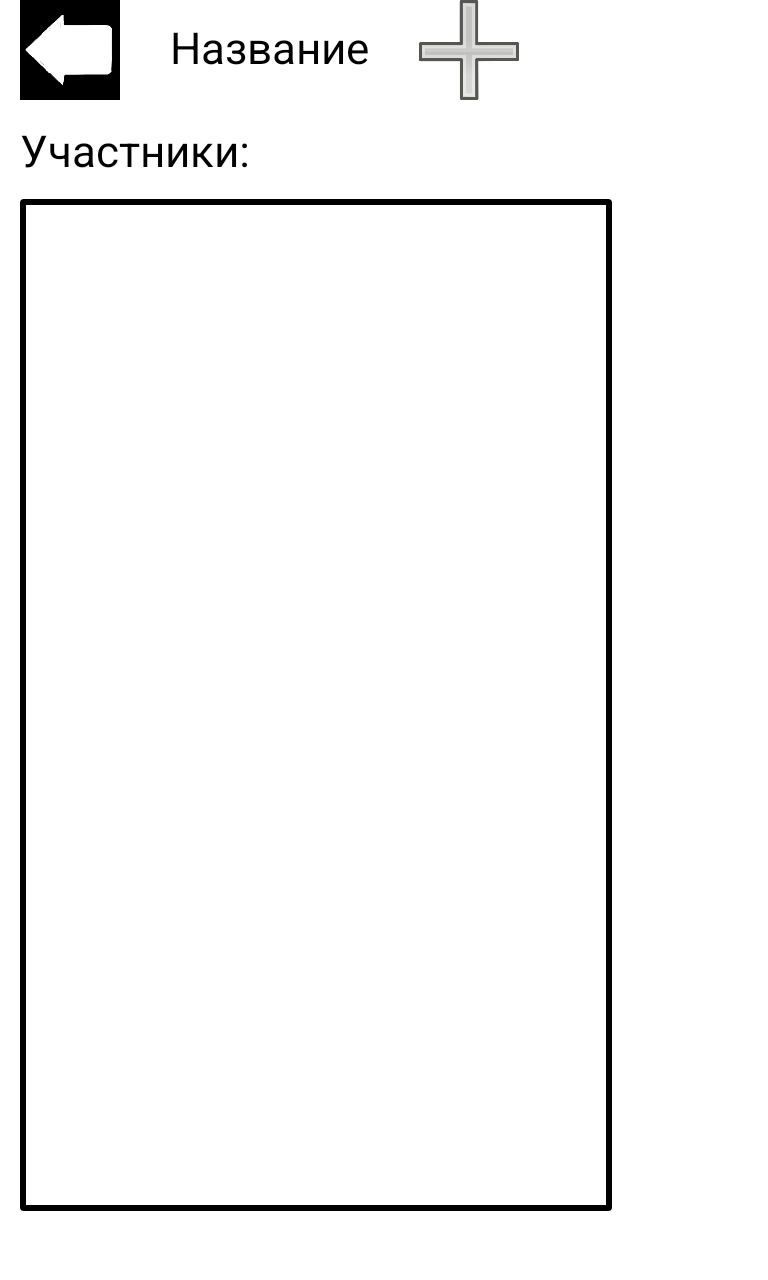
Repository: webguild/RedmineMobile
Layout: Android/RedmineAndroid/res/layout/project_settings_worker.xml
An editor plug-in stored every save of this project. The layout is shown before and after the next save, followed by the edit.
It is drawn on a 768 x 1280 px phone screen (xhdpi) without system bars, with theme AppTheme; the app's code is not run. Lists and similar views that code fills are empty.

Above is the layout before, as saved 2013-01-18 13:30:10.

### Android/RedmineAndroid/res/layout/project_settings_worker.xml
<?xml version="1.0" encoding="utf-8"?>
<LinearLayout xmlns:android="http://schemas.android.com/apk/res/android"
    android:layout_width="match_parent"
    android:layout_height="match_parent"
    android:background="#FFF"
    android:orientation="vertical"
    android:paddingLeft="10dp" >

    <LinearLayout
        android:layout_width="match_parent"
        android:layout_height="wrap_content" >

        <Button
            android:id="@+id/button1"
            android:layout_width="50dp"
            android:layout_height="50dp"
            android:background="@drawable/backbutton" />

        <TextView
            android:id="@+id/textView1"
            android:layout_width="wrap_content"
            android:layout_height="wrap_content"
            android:layout_marginLeft="25dp"
            android:text="Название"
            android:textAppearance="?android:attr/textAppearanceLarge" />

        <Button
            android:id="@+id/button2"
            android:layout_width="50dp"
            android:layout_height="50dp"
            android:layout_marginLeft="25dp"
            android:background="@drawable/greyplus" />

    </LinearLayout>

    <TextView
        android:id="@+id/textView2"
        android:layout_width="wrap_content"
        android:layout_height="wrap_content"
        android:layout_marginTop="10dp"
        android:text="Участники:"
        android:textAppearance="?android:attr/textAppearanceLarge" />

    <FrameLayout
        android:layout_width="wrap_content"
        android:layout_height="wrap_content"
        android:layout_marginTop="10dp"
        android:background="@drawable/customborder" >

        <ScrollView
            android:layout_width="fill_parent"
            android:layout_height="fill_parent"
            android:background="#fff" >

            <FrameLayout
                android:layout_width="290dp"
                android:layout_height="wrap_content"
                 >

                <ListView
                    android:id="@+id/listView1"
                    android:layout_width="290dp"
                    android:layout_height="500dp"
                    android:background="#fff" >
                </ListView>
            </FrameLayout>
        </ScrollView>

    </FrameLayout>

</LinearLayout>

### Android/RedmineAndroid/res/drawable/customborder.xml
<?xml version="1.0" encoding="utf-8"?>
<shape xmlns:android="http://schemas.android.com/apk/res/android"
    android:shape="rectangle" >
   <corners android:radius="2dp"/>
   <padding android:left="3dp" android:right="3dp" android:top="3dp" android:bottom="3dp"/>
   <solid android:color="#000000"/>


</shape>

Loaded but not shown: Android/RedmineAndroid/res/values/styles.xml (common file); Android/RedmineAndroid/res/values-v11/styles.xml (common file)

After the next save:
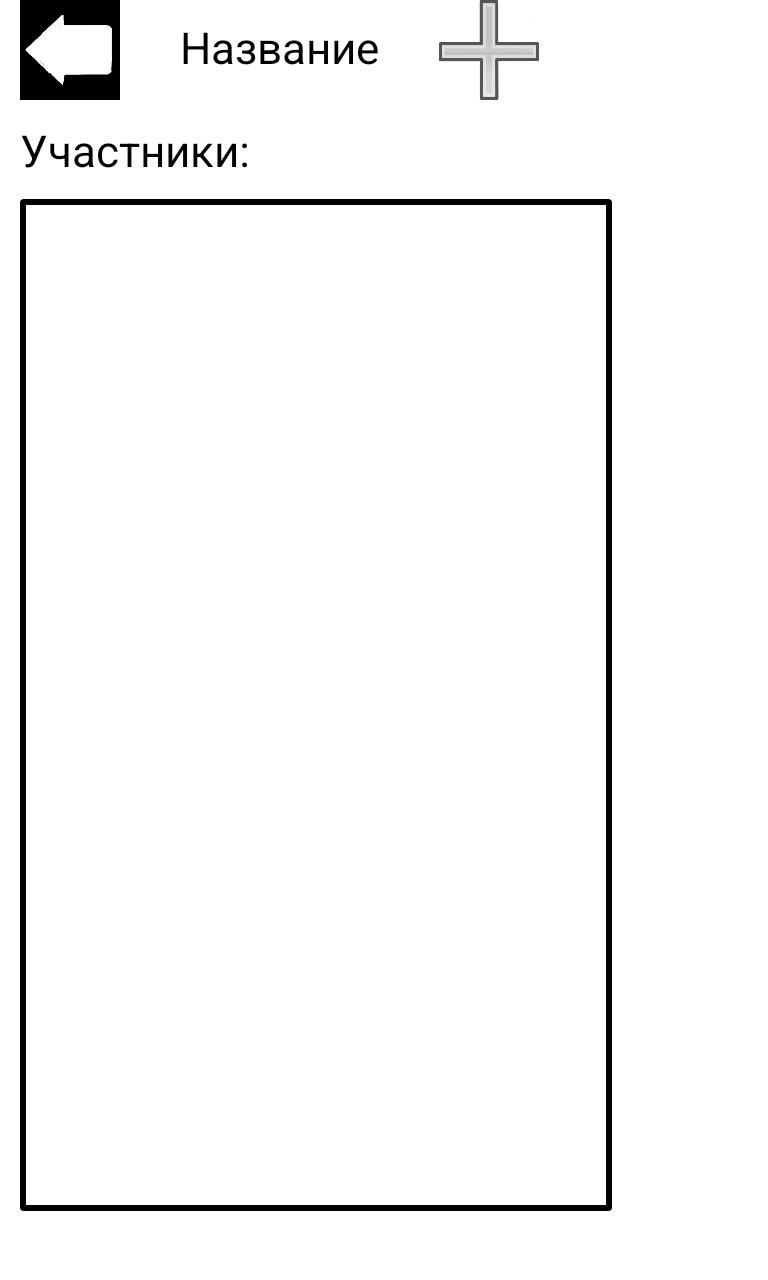
Saved 44 s later.
--- a/Android/RedmineAndroid/res/layout/project_settings_worker.xml
+++ b/Android/RedmineAndroid/res/layout/project_settings_worker.xml
@@ -20,7 +20,7 @@
             android:id="@+id/textView1"
             android:layout_width="wrap_content"
             android:layout_height="wrap_content"
-            android:layout_marginLeft="25dp"
+            android:layout_marginLeft="30dp"
             android:text="Название"
             android:textAppearance="?android:attr/textAppearanceLarge" />
 
@@ -28,7 +28,7 @@
             android:id="@+id/button2"
             android:layout_width="50dp"
             android:layout_height="50dp"
-            android:layout_marginLeft="25dp"
+            android:layout_marginLeft="30dp"
             android:background="@drawable/greyplus" />
 
     </LinearLayout>
